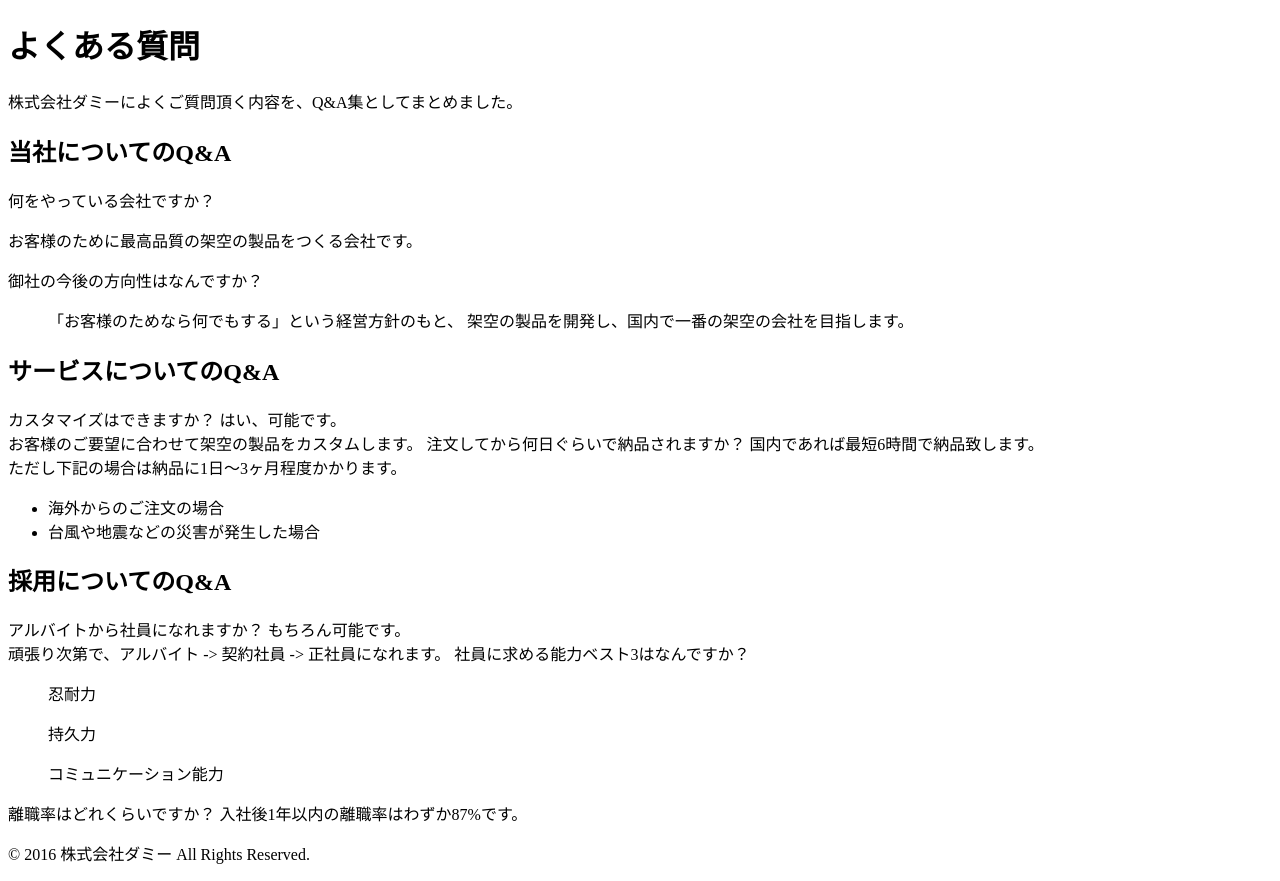
Repository: winc1980/practice-hp2022-wednesday
Page: ruka/practice1.html
An editor plug-in stored every save of this project. The page is shown before and after the next save, followed by the edit.
The browser window is 1280 px wide. The pictures show the whole page.

Above is the page before, as saved 2022-05-26 00:15:21.

### ruka/practice1.html
<!DOCTYPE html>
<html lang="ja">
<head>
    <meta charset="UTF-8">
    <meta http-equiv="X-UA-Compatible" content="IE=edge">
    <meta name="viewport" content="width=device-width, initial-scale=1.0">
    <title>よくある質問 | 架空の株式会社ダミー</title>
</head>
<body>
    <h1>よくある質問</h1>

<p>
株式会社ダミーによくご質問頂く内容を、Q&A集としてまとめました。
</p>

<h2>当社についてのQ&A</h2>


何をやっている会社ですか？
<dl>
お客様のために最高品質の架空の製品をつくる会社です。
</dl>

御社の今後の方向性はなんですか？
<dd>
    <dl>
「<span>お客様のためなら何でもする</span>」という経営方針のもと、
架空の製品を開発し、<span>国内で一番の架空の会社を目指します。</span>
</dl>
</dd>


<h2>サービスについてのQ&A</h2>

カスタマイズはできますか？
はい、可能です。<br>
お客様のご要望に合わせて架空の製品をカスタムします。


注文してから何日ぐらいで納品されますか？
国内であれば最短6時間で納品致します。<br>
ただし下記の場合は納品に1日〜3ヶ月程度かかります。
<ul>
<li>
海外からのご注文の場合
</li>
<li>
台風や地震などの災害が発生した場合
</li>
</ul>
<h2>採用についてのQ&A</h2>

アルバイトから社員になれますか？

もちろん可能です。<br>
頑張り次第で、アルバイト -> 契約社員 -> 正社員になれます。
社員に求める能力ベスト3はなんですか？
<dd>
<dl>忍耐力</dl>
<dl>持久力</dl>
<dl>コミュニケーション能力</dl>
</dd>


離職率はどれくらいですか？
入社後1年以内の離職率は<span>わずか</span>87%です。
<p>
© 2016 株式会社ダミー All Rights Reserved.
</p>
</body>
</html>

After the next save:
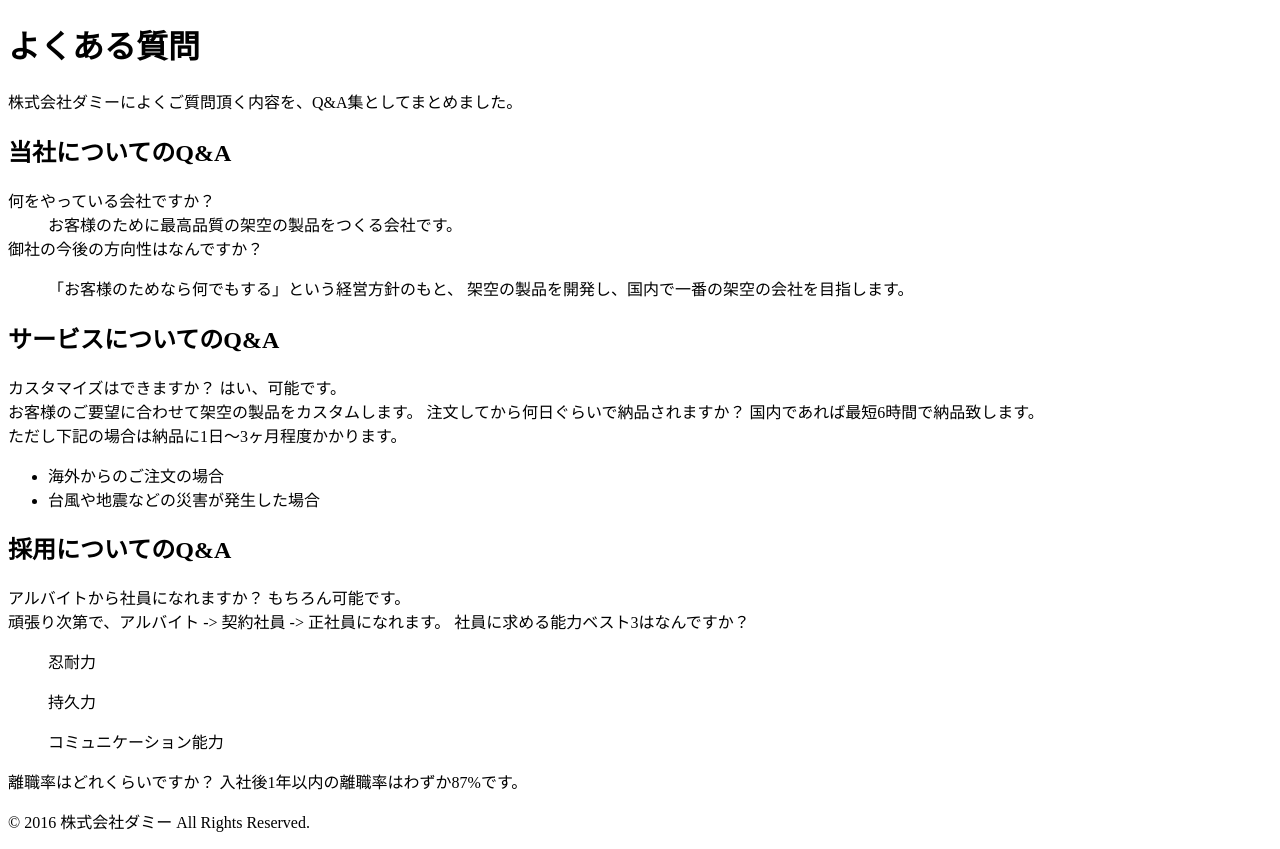
Saved 15 s later.
--- a/ruka/practice1.html
+++ b/ruka/practice1.html
@@ -17,9 +17,9 @@
 
 
 何をやっている会社ですか？
-<dl>
+<dd>
 お客様のために最高品質の架空の製品をつくる会社です。
-</dl>
+</dd>
 
 御社の今後の方向性はなんですか？
 <dd>
